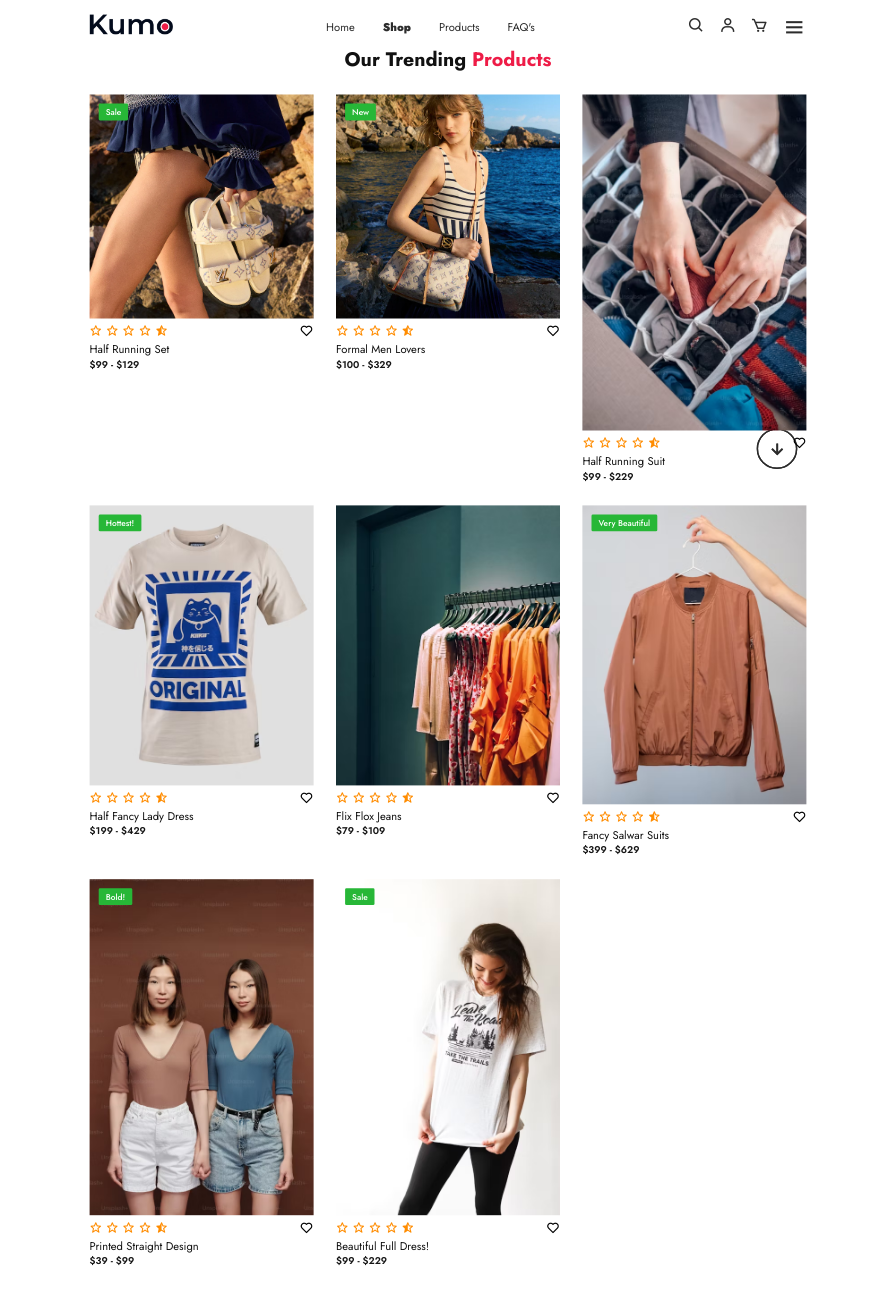
Repository: isaacCodes1/Kumo-Website.
Page: shop.html
The author's editor kept a copy of each file at every save. The page is drawn from the files as they stood at one save, then again after a run of saves.
The browser window is 1280 px wide. The pictures show the whole page, at 70% of full size.

Above is the page before, as saved 2024-03-23 09:49:20.

### shop.html
<!DOCTYPE html>
<html lang="en">
  <head>
    <meta charset="UTF-8" />
    <meta name="viewport" content="width=device-width, initial-scale=1.0" />
    <link rel="stylesheet" href="style.css" />
    <link rel="preconnect" href="https://fonts.googleapis.com" />
    <link rel="preconnect" href="https://fonts.gstatic.com" crossorigin />
    <link
      href="https://fonts.googleapis.com/css2?family=Bricolage+Grotesque:opsz,wght@12..96,200..800&family=Jost:ital,wght@0,100..900;1,100..900&family=Montserrat:ital,wght@0,100..900;1,100..900&family=Poppins:ital,wght@0,100;0,200;0,300;0,400;0,500;0,600;0,700;0,800;0,900;1,100;1,200;1,300;1,400;1,500;1,600;1,700;1,800;1,900&display=swap"
      rel="stylesheet"
    />
    <link
      rel="stylesheet"
      href="https://cdnjs.cloudflare.com/ajax/libs/font-awesome/6.5.1/css/all.min.css"
      integrity="sha512-DTOQO9RWCH3ppGqcWaEA1BIZOC6xxalwEsw9c2QQeAIftl+Vegovlnee1c9QX4TctnWMn13TZye+giMm8e2LwA=="
      crossorigin="anonymous"
      referrerpolicy="no-referrer"
    />
    <link
      rel="stylesheet"
      href="https://unpkg.com/boxicons@latest/css/boxicons.min.css"
    />
    <link rel="stylesheet" href="Mediaquery.css" />
    <title>Document</title>
  </head>
  <body>
    <header>
      <a href="index.html" class="logo"><img src="Assets/logo.png" alt="" /></a>
      <ul class="navmenu">
        <li><a href="index.html">Home</a></li>
        <li><a style="font-weight: 900" href="shop.html">Shop</a></li>
        <li><a href="products.html">Products</a></li>
        <li><a href="Questions.html">FAQ's</a></li>
      </ul>
      <div class="nav-icon">
        <a href="#"><i class="bx bx-search"></i></a>
        <a href="#"><i class="bx bx-user"></i></a>
        <a href="#"><i class="bx bx-cart"></i></a>
        <div class="bx bx-menu" id="menu-icon"></div>
      </div>
    </header>
    <div class="down-arrow">
      <a href="#trending" class="down"><i class="bx bx-down-arrow-alt"></i></a>
    </div>
    <div class="down-arrow">
      <a href="#trending" class="down"><i class="bx bx-down-arrow-alt"></i></a>
    </div>
    <!-- <trending-products-section-->
    <section class="trending-product" id="trending">
      <div class="center-text">
        <h2>Our Trending <span>Products</span></h2>
      </div>
      <div class="products">
        <div class="row">
          <img class="clothes1" src="/Assets/luiz2.webp" alt="" />
          <div class="product-text">
            <h5>Sale</h5>
          </div>
          <div class="heart-icon">
            <i class="bx bx-heart"></i>
          </div>
          <div class="ratting">
            <i class="bx bx-star"></i>
            <i class="bx bx-star"></i>
            <i class="bx bx-star"></i>
            <i class="bx bx-star"></i>
            <i class="bx bxs-star-half"></i>
          </div>
          <div class="price">
            <h4>Half Running Set</h4>
            <p>$99 - $129</p>
          </div>
        </div>

        <div class="row">
          <img src="/Assets/luiz1.webp" alt="" />
          <div class="product-text">
            <h5>New</h5>
          </div>
          <div class="heart-icon">
            <i class="bx bx-heart"></i>
          </div>
          <div class="ratting">
            <i class="bx bx-star"></i>
            <i class="bx bx-star"></i>
            <i class="bx bx-star"></i>
            <i class="bx bx-star"></i>
            <i class="bx bxs-star-half"></i>
          </div>
          <div class="price">
            <h4>Formal Men Lovers</h4>
            <p>$100 - $329</p>
          </div>
        </div>
        <div class="row">
          <img src="/Assets/Clothes3.avif" alt="" />
          <div class="heart-icon">
            <i class="bx bx-heart"></i>
          </div>
          <div class="ratting">
            <i class="bx bx-star"></i>
            <i class="bx bx-star"></i>
            <i class="bx bx-star"></i>
            <i class="bx bx-star"></i>
            <i class="bx bxs-star-half"></i>
          </div>
          <div class="price">
            <h4>Half Running Suit</h4>
            <p>$99 - $229</p>
          </div>
        </div>
        <div class="row">
          <img src="/Assets/Clothes9.avif" alt="" />
          <div class="product-text">
            <h5>Hottest!</h5>
          </div>
          <div class="heart-icon">
            <i class="bx bx-heart"></i>
          </div>
          <div class="ratting">
            <i class="bx bx-star"></i>
            <i class="bx bx-star"></i>
            <i class="bx bx-star"></i>
            <i class="bx bx-star"></i>
            <i class="bx bxs-star-half"></i>
          </div>
          <div class="price">
            <h4>Half Fancy Lady Dress</h4>
            <p>$199 - $429</p>
          </div>
        </div>
        <div class="row">
          <img src="/Assets/clothes5.avif" alt="" />
          <div class="heart-icon">
            <i class="bx bx-heart"></i>
          </div>
          <div class="ratting">
            <i class="bx bx-star"></i>
            <i class="bx bx-star"></i>
            <i class="bx bx-star"></i>
            <i class="bx bx-star"></i>
            <i class="bx bxs-star-half"></i>
          </div>
          <div class="price">
            <h4>Flix Flox Jeans</h4>
            <p>$79 - $109</p>
          </div>
        </div>
        <div class="row">
          <img src="/Assets/Clothes6.avif" alt="" />
          <div class="product-text">
            <h5>Very Beautiful</h5>
          </div>
          <div class="heart-icon">
            <i class="bx bx-heart"></i>
          </div>
          <div class="ratting">
            <i class="bx bx-star"></i>
            <i class="bx bx-star"></i>
            <i class="bx bx-star"></i>
            <i class="bx bx-star"></i>
            <i class="bx bxs-star-half"></i>
          </div>
          <div class="price">
            <h4>Fancy Salwar Suits</h4>
            <p>$399 - $629</p>
          </div>
        </div>
        <div class="row">
          <img src="/Assets/Clothes7.avif" alt="" />
          <div class="product-text">
            <h5>Bold!</h5>
          </div>
          <div class="heart-icon">
            <i class="bx bx-heart"></i>
          </div>
          <div class="ratting">
            <i class="bx bx-star"></i>
            <i class="bx bx-star"></i>
            <i class="bx bx-star"></i>
            <i class="bx bx-star"></i>
            <i class="bx bxs-star-half"></i>
          </div>
          <div class="price">
            <h4>Printed straight Design</h4>
            <p>$39 - $99</p>
          </div>
        </div>
        <div class="row">
          <img src="/Assets/Clothes8.avif" alt="" />
          <div class="product-text">
            <h5>Sale</h5>
          </div>
          <div class="heart-icon">
            <i class="bx bx-heart"></i>
          </div>
          <div class="ratting">
            <i class="bx bx-star"></i>
            <i class="bx bx-star"></i>
            <i class="bx bx-star"></i>
            <i class="bx bx-star"></i>
            <i class="bx bxs-star-half"></i>
          </div>
          <div class="price">
            <h4>Beautiful Full Dress!</h4>
            <p>$99 - $229</p>
          </div>
        </div>
      </div>
    </section>
  </body>
  <script src="java.js"></script>
</html>

### style.css
* {
  margin: 0;
  padding: 0;
  box-sizing: border-box;
  scroll-behavior: smooth;
  font-family: "Jost", sans-serif;
  list-style-type: none;
  text-decoration: none;
}
header {
  position: fixed;
  width: 100%;
  top: 0;
  right: 0;
  z-index: 1000;
  display: flex;
  align-items: center;
  justify-content: space-between;
  padding: 20px 10%;
}
.logo img {
  max-width: 120px;
  height: auto;
}
.navmenu {
  display: flex;
}
.navmenu li :hover {
  background: #000;
}
.navmenu a {
  color: #2c2c2c;
  font-size: 16px;
  text-transform: capitalize;
  padding: 10px 20px;
  font-weight: 400;
  transition: all 0.42s ease;
}
.navmenu a:hover {
  color: #ee1c47;
}
.nav-icon {
  display: flex;
  align-items: center;
}
.nav-icon i {
  margin-right: 20px;
  color: #2c2c2c;
  font-size: 25px;
  font-weight: 400;
  transition: all 0.42s ease;
}
.nav-icon i:hover {
  transform: scale(1.05);
  color: #ee1c47;
}
#menu-icon {
  font-size: 35px;
  color: #2c2c2c;
  z-index: 10001;
  cursor: pointer;
}
section {
  padding: 5% 10%;
}
.main-home {
  width: 100%;
  height: 100vh;
  background-image: url(Assets/banner-3.png);
  background-position: center;
  background-size: cover;
  display: grid;
  grid-template-columns: repeat(1, 1fr);
  align-items: center;
}
.main-text h5 {
  color: #ee1c47;
  font-size: 16px;

  text-transform: capitalize;
  font-weight: 500;
}
.main-text h1 {
  color: #000;
  font-size: 65px;
  text-transform: capitalize;
  line-height: 1.1;
  font-weight: 600;
  margin: 6px 0 10px;
}
.main-text p {
  color: #333c56;
  font-size: 20px;
  font-style: italic;
  margin-bottom: 20px;
}
.main-btn {
  display: inline-block;
  color: #111;
  font-size: 16px;
  font-weight: 500;
  text-transform: capitalize;
  border: 2px solid#111;
  padding: 12px 25px;
  transition: all 0.42s ease;
}
.main-btn:hover {
  background: #000;
  color: #fff;
}
.main-btn i {
  vertical-align: middle;
}
.down-arrow {
  position: absolute;
  top: 85%;
  right: 11%;
}
.down i {
  font-size: 30px;
  color: #2c2c2c;
  border: 2px solid #2c2c2c;
  border-radius: 50px;
  padding: 12px 12px;
}
.down i:hover {
  background: #2c2c2c;
  color: #fff;
  transition: all 0.42s ease;
}
header.sticky {
  background: #fff;
  padding: 20px 10%;
  box-shadow: 0px 0px 10px rgb(0 0 0 /10%);
}
/* trending-section-css */
.center-text h2 {
  color: #111;
  font-size: 28px;
  text-transform: capitalize;
  text-align: center;
  margin-bottom: 30px;
}
.center-text span {
  color: #ee1c47;
}
.products {
  display: grid;
  grid-template-columns: repeat(auto-fit, minmax(260px, auto));
  gap: 2rem;
}
.row {
  position: relative;
  transition: all 0.4s;
}
.row img {
  width: 100%;
  height: auto;
  transition: all 0.4s;
}
.row img:hover {
  transform: scale(0.9);
}
.product-text h5 {
  position: absolute;
  top: 13px;
  left: 13px;
  color: #fff;
  font-size: 12px;
  font-weight: 500;
  text-transform: capitalize;
  background: #27b737;
  padding: 3px 10px;
  border-radius: 2px;
}
.heart-icon {
  position: absolute;
  right: 0;
  font-size: 20px;
}
.heart-icon:hover {
  color: #ee1c47;
}
.ratting {
  color: #ff8c00;
  font-size: 18px;
}

.price h4 {
  color: #111;
  font-size: 16px;
  text-transform: capitalize;
  font-weight: 400;
}
.price p {
  color: #151515;
  font-size: 14px;
  font-weight: 600;
}
.client-reviews {
  background: #f3f4f6;
}
.reviews {
  text-align: center;
}
.reviews h3 {
  color: #111;
  font-size: 25px;
  text-transform: capitalize;
  text-align: center;
  font-weight: 700;
}
.reviews img {
  width: 100px;
  height: auto;
  border-radius: 80px;
  margin: 10px 0;
}
.reviews p {
  color: #707070;
  font-size: 16px;
  font-weight: 400;
  line-height: 25px;
  margin-bottom: 10px;
}
.reviews h2 {
  font-size: 22px;
  color: #000;
  font-weight: 400;
  text-transform: capitalize;
  margin-bottom: 2px;
}
/* update-section-css */
.up-center-text h2 {
  text-align: center;
  color: #111;
  font-size: 25px;
  text-transform: capitalize;
  font-weight: 700;
  margin-bottom: 30px;
}
.cart img {
  width: 350px;
  height: auto;
  border-radius: 5px;
}
.update-cart {
  display: grid;
  grid-template-columns: repeat(auto-fit, minmax(380px, auto));
  gap: 1px;
}
.cart h5 {
  color: #636872;
  font-size: 14px;
  text-transform: capitalize;
  font-weight: 500;
}
.cart h4 {
  color: #111;
  font-size: 18px;
  font-weight: 600;
}
.cart p {
  color: #707070;
  font-size: 15px;
  max-width: 380px;
  line-height: 25px;
  margin-bottom: 12px;
}
.cart h6 {
  color: #151515;
  font-size: 14px;
  font-weight: 500;
}
/* contact-section */
.contact {
  background: #dbdbdb;
}
.contact-info {
  display: grid;
  grid-template-columns: repeat(auto-fit, minmax(160px, auto));
  gap: 3rem;
}
.first-info img {
  width: 140px;
  height: auto;
}
.contact-info h4 {
  color: #212529;
  font-size: 14px;
  text-transform: uppercase;
  margin-bottom: 10px;
}
.contact-info p {
  color: #565656;
  font-size: 14px;
  font-weight: 400;
  text-transform: capitalize;
  line-height: 1.5;
  margin-bottom: 10px;
  cursor: pointer;
  transition: all 0.42s;
}
.contact-info p:hover {
  color: #ee1c47;
}
.social-icon i {
  color: #565656;
  margin-right: 10px;
  font-size: 20px;
  transition: all 0.42s;
}
.social-icon i:hover {
  transform: scale(1.3);
}
.end-text {
  text-align: center;
  background: #edfff1;
  padding: 20px;
}
.end-text p {
  color: #111;
  text-transform: capitalize;
}
.clothes1 img {
  /* padding-bottom: 20px; */
  height: 2000px;
}

### Mediaquery.css
@media (890px) {
  header {
    padding: 20px 3%;
    transition: 0.4s;
  }
  .center-text h2 {
    font-size: 12px;
  }
}
@media (max-width: 630px) {
  .main-text h1 {
    font-size: 50px;
    transition: 0.4s;
  }
  .main-text p {
    font-size: 18px;
    transition: 0.4s;
  }
  .main-btn {
    padding: 10px 20px;
    transition: 0.4s;
  }
  .center-text h2 {
    font-size: 12px;
  }
}
@media (max-width: 750px) {
  .navmenu {
    position: absolute;
    top: 100%;
    right: -100%;
    width: 300px;
    height: 130vh;
    background: #edfff1;
    display: flex;
    flex-direction: column;
    align-items: center;
    padding: 120px 30px;
    transition: all 0.42s;
  }
  .navmenu a {
    display: block;
    margin: 18px 0;
  }
  .navmenu.open {
    right: 0;
  }
  .center-text h2 {
    font-size: 12px;
  }
}
@media(max-width: 700px){
    .center-text h2{
        font-size: 0;
    }
    .header{
      margin-bottom: 20px;
      color: #000;
    }
    .cart{
      align-items: center;
      display: flex;
      flex-direction: column;
    }
    .cart img{
      width: 270px;
      margin-right: 80px;
    }
    .cart p{
      font-size: 10px;
      margin-right: 80px;
    }
    .cart h4{
      font-size: 12px;
      margin-right: 80px;
    }
    .cart h6{
      font-size: 10px;
      margin-right: 80px;
    }
    .contact-info{
      display: flex;
      flex-direction: column;
      align-items: center
      ;
    }
}

### java.js
const header = document.querySelector("header");

window.addEventListener("scroll", function () {
  header.classList.toggle("sticky", window.scrollY > 0);
});

let menu = document.querySelector("#menu-icon");
let navmenu = document.querySelector(".navmenu");

menu.onclick = () => {
  menu.classList.toggle("bx-x");
  navmenu.classList.toggle("open");
};

After the next 2 saves:
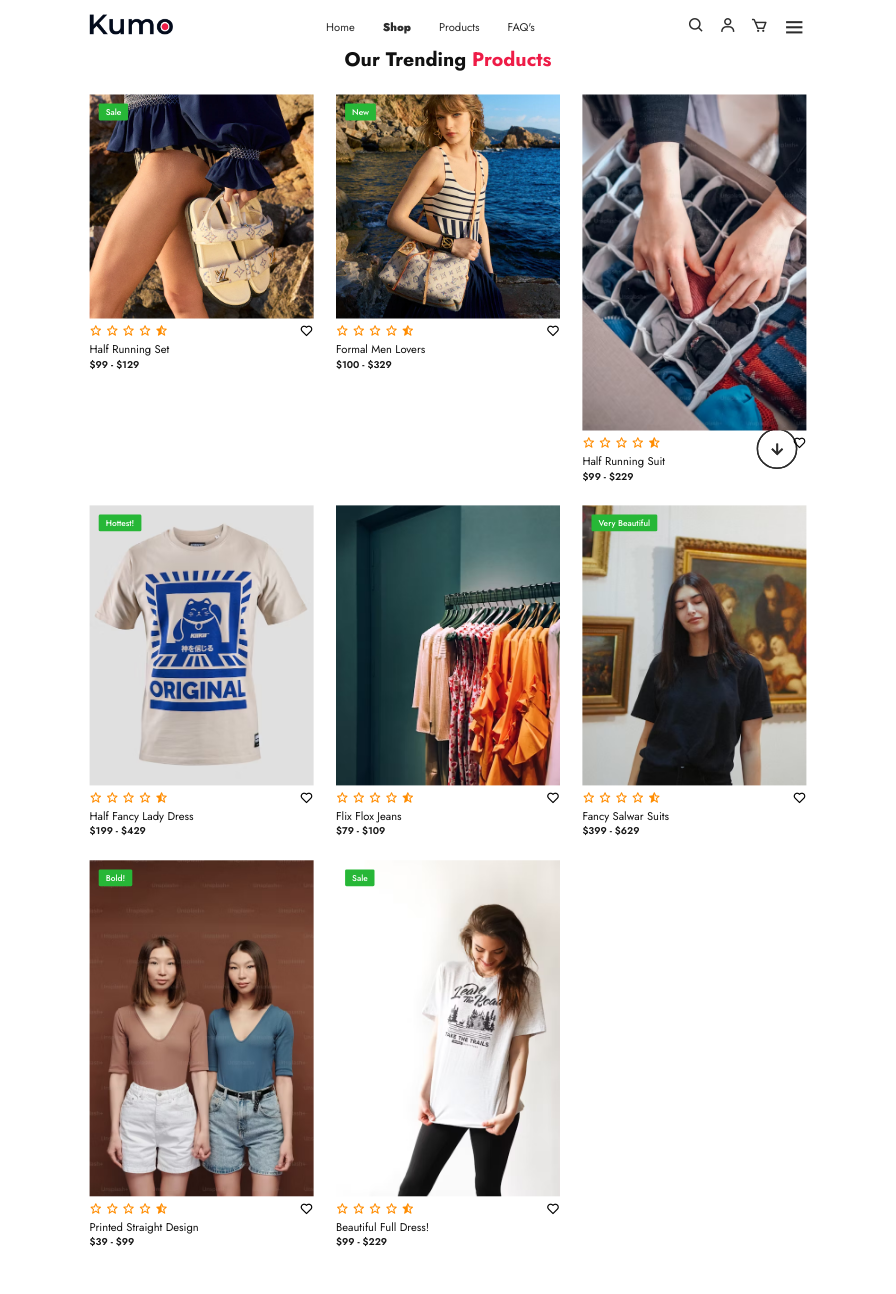
The 2 saves are shown as one change because they came seconds apart.
The last was saved 88 s later.
--- a/shop.html
+++ b/shop.html
@@ -148,7 +148,7 @@
           </div>
         </div>
         <div class="row">
-          <img src="/Assets/Clothes6.avif" alt="" />
+          <img src="/Assets/black t.avif" alt="" />
           <div class="product-text">
             <h5>Very Beautiful</h5>
           </div>
